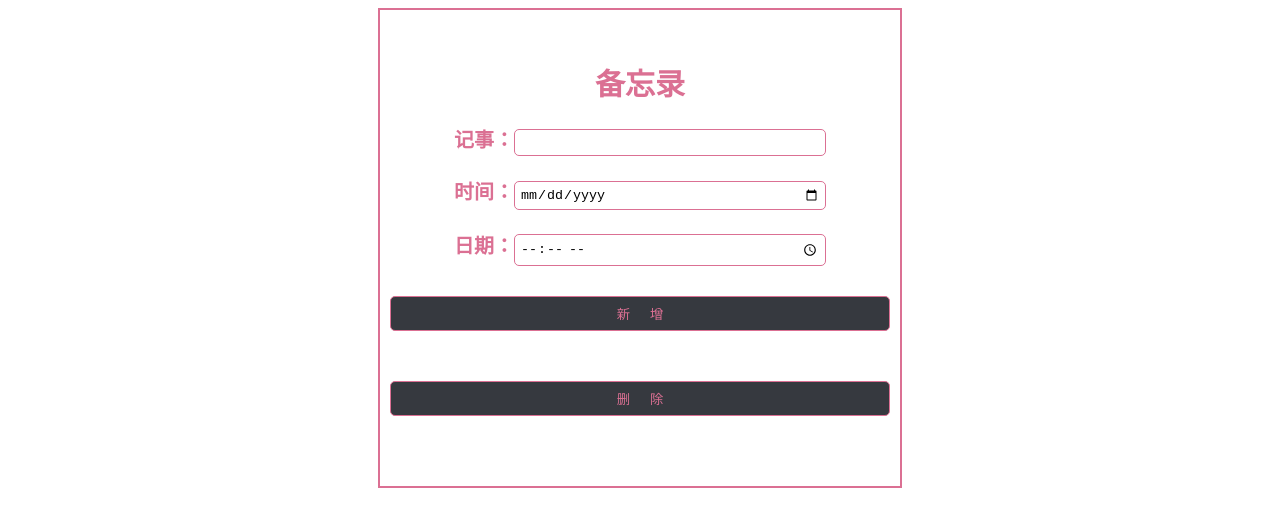
Repository: ErosHai/ReactDemo
Page: /
These files come from the project's save history. The page is drawn as it stood at one moment and after a run of saves; the edit follows.
The browser window is 1280 px wide. The pictures show the whole page.
The project was rebuilt for these pictures with package versions that can differ from the ones it lists, and the page was loaded fresh each time. Also part of the build but not shown: src/pages/Home/components/Item/index.js.

Above is the page before, as saved 2022-03-17 21:40:55.

### src/index.js
import React from 'react'
import ReactDOM from 'react-dom'
import Home from './pages/Home'

ReactDOM.render(
	<React.StrictMode>
		<Home />
	</React.StrictMode>,
	document.getElementById('root')
)

### src/pages/Home/index.js
import Edit from './components/Edit'
import List from './components/List'
import { useState } from 'react'
import styled from 'styled-components'

const Container = styled.h1`
	width: 500px;
	height: auto;
	padding: 50px 10px;
	margin: 0 auto;
	border: 2px solid palevioletred;
	font-size: 30px;
	text-align: center;
	color: palevioletred;
`
const Body = styled.body`
	background-color: Body;
	margin: 0;
	padding: 0;
`
const Home = () => {
	const [data, setData] = useState([])

	return (
		<Body>
			<Container>
				<Edit setData={setData} data={data} />
				<List listData={data} />
			</Container>
		</Body>
	)
}

export default Home

### src/pages/Home/components/Edit/index.js
import { useState } from 'react'
import styled from 'styled-components'

const LitleTitle = styled.div`
	margin-top: 20px;
	font-size: 20px;
`

const Input = styled.input`
	width: 300px;
	padding: 5px;
	margin: 0 auto;
	border-radius: 5px;
	border: 1px solid palevioletred;
	outline-color: palevioletred;
`
const Button = styled.button`
	width: 100%;
	height: 35px;
	padding: 0 10px;
	margin: 30px 0 20px 0;
	color: palevioletred;
	background-color: #36393f;
	border-radius: 5px;
	line-height: 35px;
	text-align: center;
	letter-spacing: 20px;
	text-indent: 20px;
	border: 0.5px solid palevioletred;
	&:hover {
		background-color: palevioletred;
		color: white;
		border: 0.5px solid palevioletred;
	}
`

function Edit({ data, setData }) {
	const handleInput = event => {
		const someThings = event.target.value
		return someThings
	}

	function handleAdd() {
		setData(data + 1)
	}

	return (
		<div>
			<div>备忘录</div>
			<LitleTitle>
				记事：
				<Input onChange={handleInput}></Input>
			</LitleTitle>
			<LitleTitle>
				时间：
				<Input onChange={handleInput} type="date"></Input>
			</LitleTitle>
			<LitleTitle>
				日期：
				<Input onChange={handleInput} type="time"></Input>
			</LitleTitle>
			<Button onClick={handleAdd}>新增</Button>
			<Button>删除</Button>
		</div>
	)
}

export default Edit

### src/pages/Home/components/List/index.js
import Item from '../Item'
import { v4 as uuidv4 } from 'uuid'

function List({ listData }) {
	console.log(listData)
	return (
		<div>
			{listData.map(item => (
				<Item key={uuidv4()} />
				// <div key={uuidv4()}>{item}</div>
			))}
		</div>
	)
}

export default List

Loaded but not shown: public/index.html (common file)

After the next 3 saves:
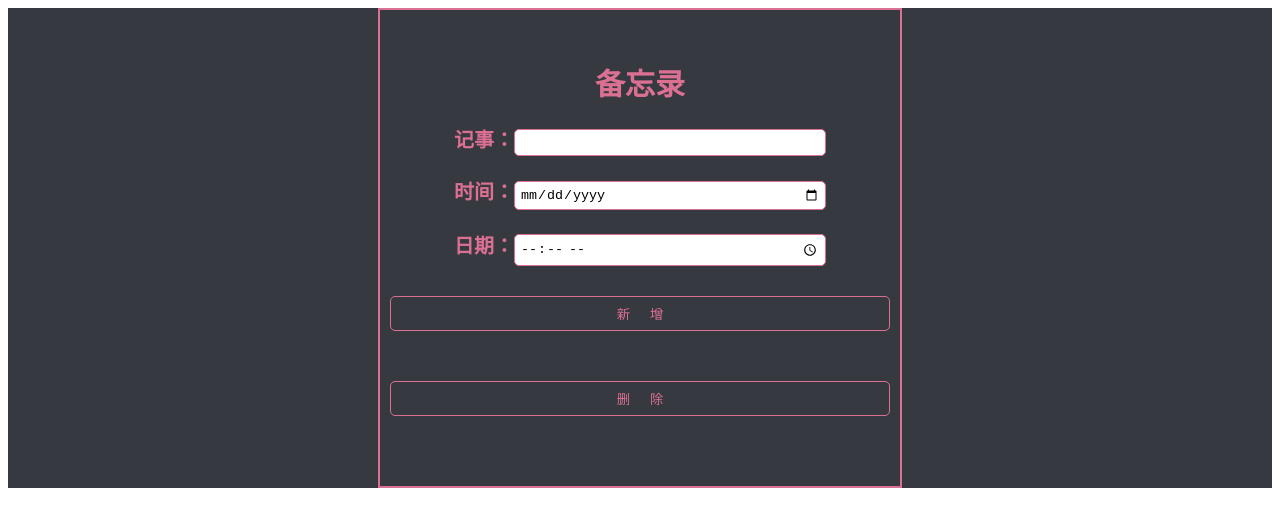
The 3 saves are shown as one change because they came seconds apart.
The last was saved 12 s later.
--- a/src/pages/Home/index.js
+++ b/src/pages/Home/index.js
@@ -14,7 +14,7 @@ const Container = styled.h1`
 	color: palevioletred;
 `
 const Body = styled.body`
-	background-color: Body;
+	background-color: #36393f;
 	margin: 0;
 	padding: 0;
 `
